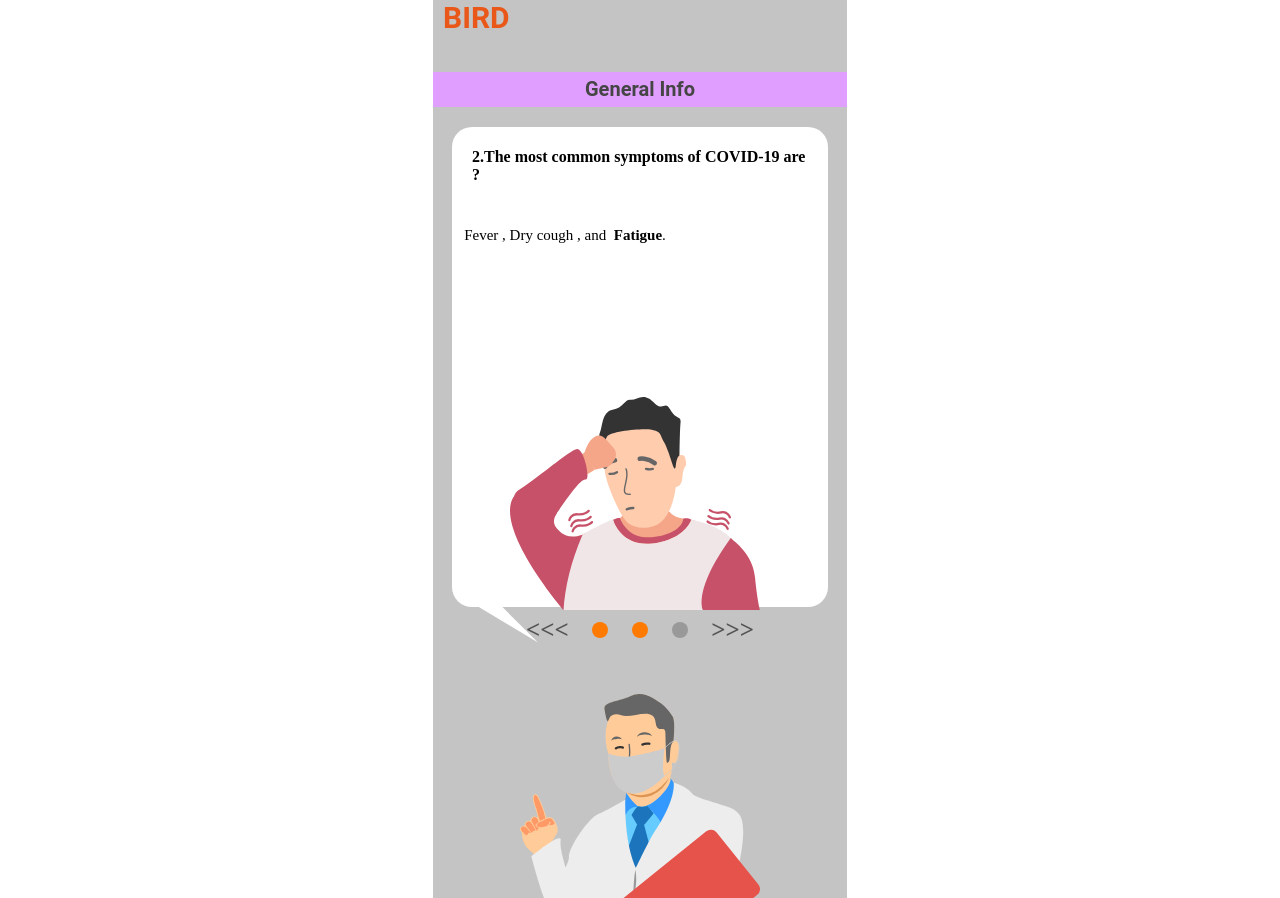
Repository: Levic559/BIRD
Page: General_info-2/3.html
The author's editor kept a copy of each file at every save. The page is drawn from the files as they stood at one save, then again after the next save.
The browser window is 1280 px wide. The pictures show the whole page.

Above is the page before, as saved 2021-03-11 01:01:33.

### General_info-2/3.html
<!DOCTYPE html>
<html lang="en">
<head>
  <meta charset="UTF-8">
  <meta http-equiv="X-UA-Compatible" content="IE=edge">
  <meta name="viewport" content="width=device-width, initial-scale=1.0">
  <title>General Info 3-1</title>
  <link rel="stylesheet" href="../General_info_structure/mystyle.css">
</head>
<body>
  <div class="wrap">
    <div class="pages">
      <div class="header"></div>
      <div class="banner"></div>
      <div class="infographic">
        <h4 class="infographicQ">2.The most common symptoms of COVID-19 are
          ?

        </h4>
        <p class="infographicText1"> Fever ,  Dry cough
          , and  &nbsp; <b>Fatigue</b>.
        </p>
        <div class="infographicImg10">
          <img src="../assets/patient-heat1.svg">
        </div>
      </div>
      <div class="triangle">
        <img src="../assets/chat-triangle.svg" class="triangleimg">
      </div>
      <div class="BtnPages"></div>
      <div class="Speaker">
        <img src="../assets/doctor-hand.svg">
      </div>
    </div>
</div>
</body>
<script src="../comps/Logo/index.js"></script>
<script src="../comps/Banner/index.js"></script>
<script src="../comps/BtnPages/index.js"></script>
<script src="1.js"></script>
<script>
</script>
</html>

### General_info_structure/mystyle.css
body {
  margin: 0;
  padding: 0;
}

.wrap{
  width: 100vw;
  height: 100vh;
  box-sizing: border-box;
  position: relative;
  display: flex;
  flex-direction: row;
}
.pages{
  margin: 0 auto;
  width: 414px;
  height: 898px;
  display: flex;
  flex-direction: column;
  background-color: #C4C4C4;
  overflow: hidden;
}
.header{
  width: 414px;
  height: 85px;
  padding-left: 10px;
}
.banner{
  width: 414px;
  height: 35px;
  margin: 0 ;
  padding: 0;
}
.bgcWhite{
  background-color: #fff;
}

.infographic {
  width: 376px;
  min-height: 480px;
  max-height: 480px;
  margin-top: 20px;
  background-color: white;
  border-radius: 20px;
  align-self: center;
  display: flex;
  flex-direction: column;
  align-items: center;
  justify-content: space-between;
}

.triangle {
  width: 70px;
  height: 70px;
  overflow: hidden;
  position: relative;
  left: 35px;
  bottom: 15px;
}

.triangleimg {
  width: 100%;
  height: 100%;
}

.BtnPages {
  align-self: center;
  position: relative;
  bottom: 50px;
}

.Speaker {
  width: 240px;
  height: 240px;
  overflow: hidden;
  align-self: center;
}
.head{
  color: #C4C4C4;
  position: absolute;
  margin-right: 170px;
  margin-top: 230px;

}
.head2{
  color: #C4C4C4;
  position: absolute;
  margin-right: 180px;
  margin-top: 430px;

}

.infographicImg{

  width: 300px;
  height: 200px;
  overflow: hidden;
  position: absolute;
  margin-top: 250px;
}
.infographicImg2{
  width: 35px;
  height: 35px;
  position: absolute;
  margin-top: 280px;
  margin-right: 255px;
  overflow: hidden;
}
.infographicImg3{
  width: 75px;
  height: 75px;
  position: absolute;
  margin-top: 300px;
  margin-right: 150px;
  overflow: hidden;
}
.infographicImg4{
  width: 30px;
  height: 30px;
  position: absolute;
  margin-top: 270px;
  margin-right: 60px;
  overflow: hidden;
}
.infographicImg5{
  width: 35px;
  height: 35px;
  position: absolute;
  margin-top: 360px;
  margin-right: 110px;
  overflow: hidden;
}
.infographicImg6{
  width: 75px;
  height: 75px;
  position: absolute;
  margin-top: 300px;
  margin-right: 200px;
  overflow: hidden;
}
.infographicImg7{
  width: 30px;
  height: 30px;
  position: absolute;
  margin-top: 250px;
  margin-right: 49px;
  overflow: hidden;
}
.infographicImg8{
  width: 250px;
  height: 250px;
  position: absolute;
  margin-top: 250px;
  margin-right: 10px;
  overflow: hidden;
}
.infographicImg9{
  width: 250px;
  height: 250px;
  position: absolute;
  margin-top: 243px;
  margin-right: 10px;
  overflow: hidden;
}
.infographicImg10{
  width: 250px;
  height: 250px;
  position: absolute;
  margin-top: 270px;
  margin-right: 10px;
  overflow: hidden;
}


.infographicQ {
  padding-left: 20px;
  padding-right: 20px;
}

.infographicText {
  font-size: 30px;
  padding-left: 20px;
  padding-right: 20px;
}
.infographicText1{
  font-size: 15px;
  display: flex;
  position: absolute;
  margin-top: 100px;
  margin-right: 150px;
}

### comps/Logo/index.js
function LogoUI(fontSize="84",fontWeight="700", Scolor="grey"){
  return`
  <div style="
  font-size:${fontSize}px;
  font-weight:${fontWeight};
  font-family: Roboto;
  position:absolute;
  color:#E95719;
  text-shadow:3px 3px 3px ${Scolor} ;
  transition: opactity 0.3s; left 0.5s;
  opacity:1;
  onmouseover="LogoUI.HandleMouseover(this)";
  onmouseout="LogoUI.HandleMouseout(this)";
  onclick="LogoUI.Handleclick(this)";
  >BIRD</div>

  `
}

LogoUI.HandleMouseover = (el) =>{
  el.style.opacity = 0.75;
}

LogoUI.HandleMouseout = (el) =>{
  el.style.opacity = 1;
}

LogoUI.Handleclick = (el) =>{
  el.style.top = "-20px";
  el.style.fontSize="550%";
}

// export  const Logo = LogoUI();

### comps/Banner/index.js
function BannerUI(text="Covid-19"){
  return`
  <div style="
  width:414px;
  height:35px;
  font-size:20px;
  line-height: 35px;
  text-align: center;
  font-weight:700;
  font-family: Roboto;
  background-color:#E09EFF;
  color:#454545;
  ">${text}</div>

  `
}

// export  const Banner = BannerUI();

### comps/BtnPages/index.js
function BtnPagesUI (circleTwo="#9A9999", circleThree="#9A9999", lastPage="../General_info_structure/General_info-1.html", nextPage="../General_info_structure/General_info-1.html")
{
    return`
        <div style="
            display: flex;
            flex-direction: row;
            max-width: 228px;
            min-width: 228px;
            justify-content: space-between;
            align-items: center;
        ">
            <div style="
                font-size: 25px;
                font-weight: bold;
                color: #545454;
                transition: text-shadow 0.3s;
            "
            onmouseover='BtnPagesUI.HandleMouseOver1(this)'
            onmouseout='BtnPagesUI.HandleMouseOut1(this)'
            onclick='window.location.href="${lastPage}"'
            > <<< </div>

            <div style="
                width: 16px;
                height: 16px;
                border-radius: 50%;
                background-color: #FF7A00;
                transition: border 0.3s;
            "
            onmouseover='BtnPagesUI.HandleMouseOver2(this)'
            onmouseout='BtnPagesUI.HandleMouseOut2(this)'
            onclick='window.location.href="../General_info-1/1.html"'
            ></div>
            <div style="
                width: 16px;
                height: 16px;
                border-radius: 50%;
                background-color: ${circleTwo};
                transition: border 0.3s;
            "
            onmouseover='BtnPagesUI.HandleMouseOver2(this)'
            onmouseout='BtnPagesUI.HandleMouseOut2(this)'
            onclick='window.location.href="../General_info-3/1.html"'
            ></div>
            <div style="
                width: 16px;
                height: 16px;
                border-radius: 50%;
                background-color: ${circleThree};
                transition: border 0.3s;
            "
            onmouseover='BtnPagesUI.HandleMouseOver2(this)'
            onmouseout='BtnPagesUI.HandleMouseOut2(this)'
            onclick='window.location.href="../General_info-5/1.html"'
            ></div>

            <div style ="
                font-size: 25px;
                font-weight: bold;
                color: #545454;
                transition: text-shadow 0.3s;
            "
            onmouseover='BtnPagesUI.HandleMouseOver1(this)'
            onmouseout='BtnPagesUI.HandleMouseOut1(this)'
            onclick='window.location.href="${nextPage}"'
            > >>> </div>
        </div>
    `
}

BtnPagesUI.HandleMouseOver1 = (el) => {
    el.style.textShadow = "0px 0px 3px black"
}

BtnPagesUI.HandleMouseOut1 = (el) => {
    el.style.textShadow = "0px 0px 0px #545454"
}

BtnPagesUI.HandleMouseOver2 = (el) => {
    el.style.border = " 2px solid #545454"
}
BtnPagesUI.HandleMouseOut2 = (el) => {
    el.style.border = " 0px solid #545454"
}



//export const BtnPages = BtnPagesUI()

### General_info-2/1.js
document.querySelector(".header").innerHTML += LogoUI(30,700, "#C4C4C4");
document.querySelector(".banner").innerHTML += BannerUI("General Info");
document.querySelector(".BtnPages").innerHTML += BtnPagesUI("#FF7A00", "#9A9999");

After the next save:
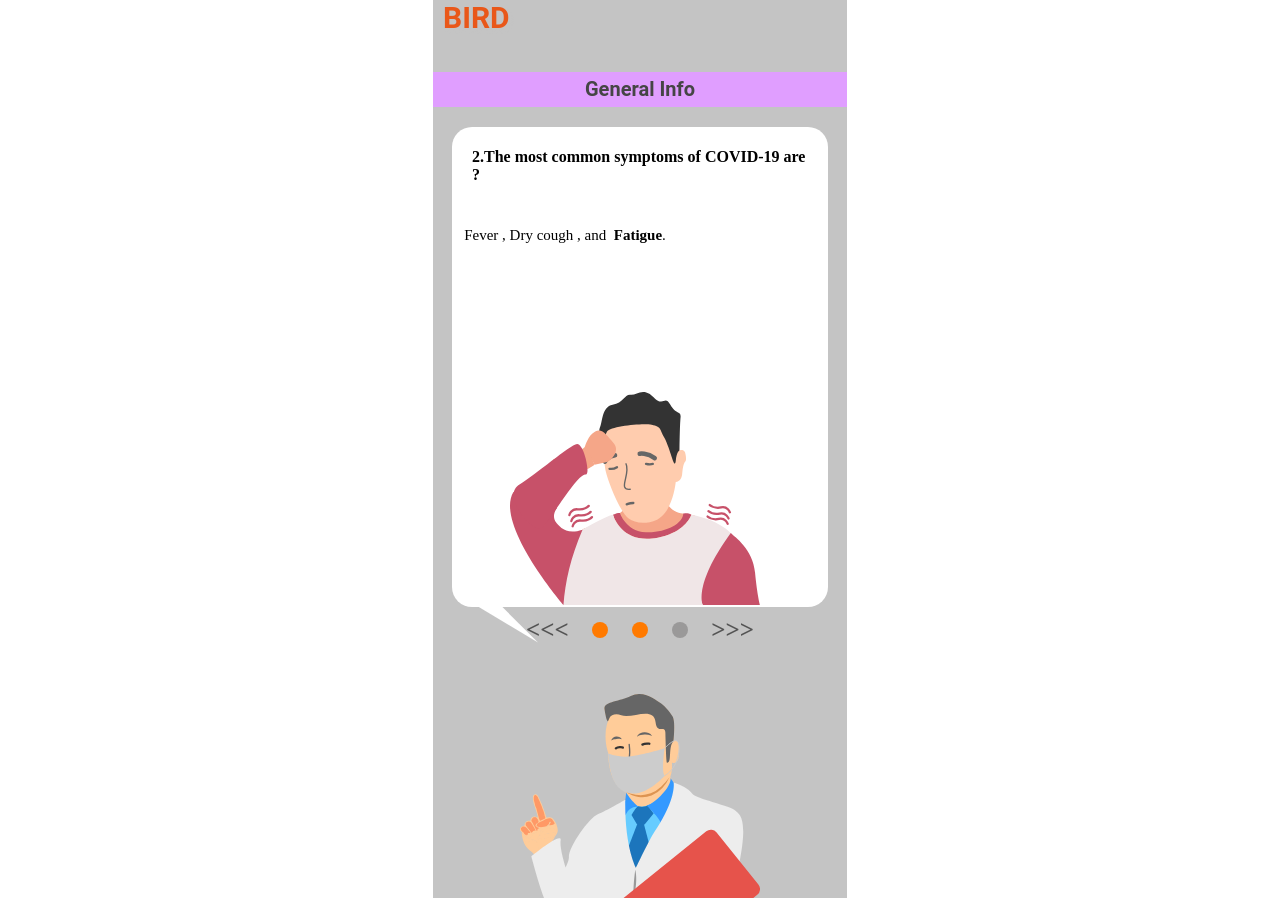
Saved 6 s later.
--- a/General_info_structure/mystyle.css
+++ b/General_info_structure/mystyle.css
@@ -166,7 +166,7 @@ body {
   width: 250px;
   height: 250px;
   position: absolute;
-  margin-top: 270px;
+  margin-top: 265px;
   margin-right: 10px;
   overflow: hidden;
 }
